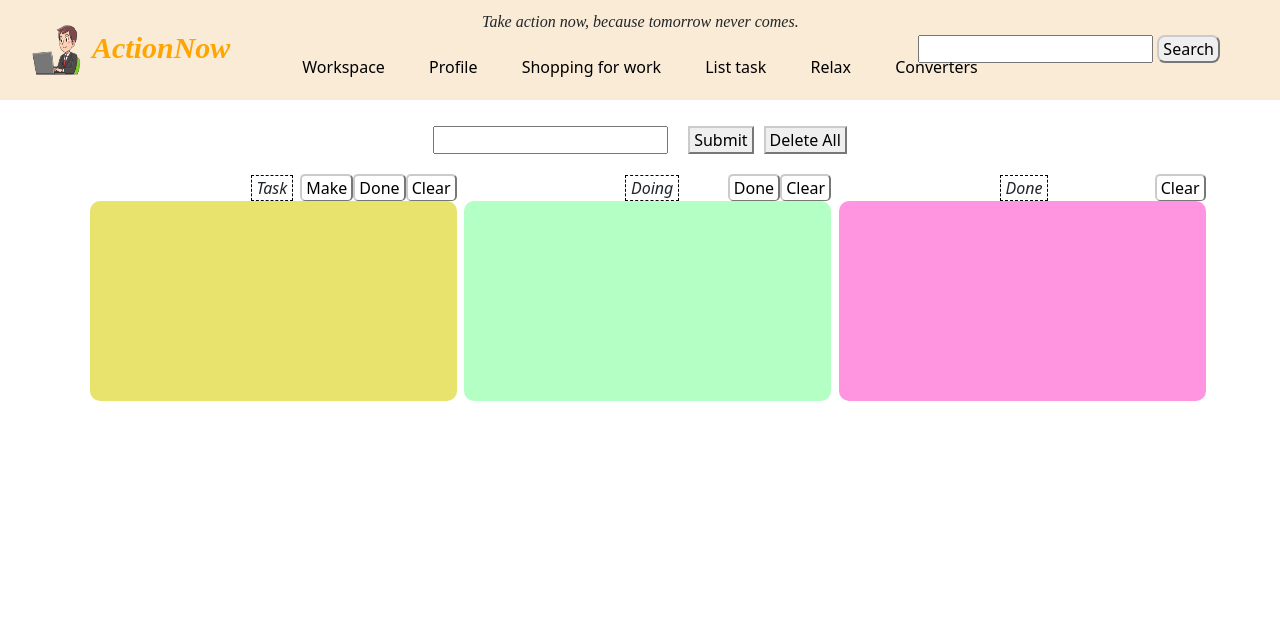
Repository: huavantinh/todo
Page: index.html
These files come from the project's save history. The page is drawn as it stood at one moment and after the next save; the edit follows.
The browser window is 1280 px wide. The pictures show the whole page.

Above is the page before, as saved 2023-04-18 16:50:40.

After the next save:
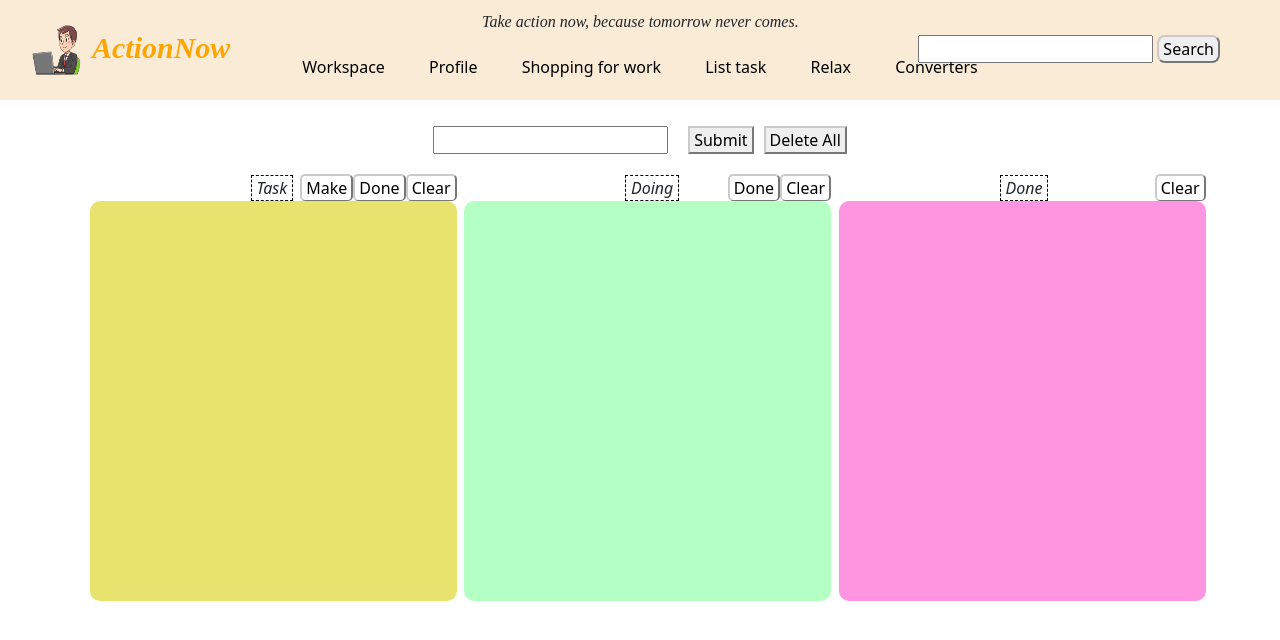
Saved 5 s later.
--- a/css/style.css
+++ b/css/style.css
@@ -204,7 +204,7 @@
         float: left;
         width: calc(1116px / 3 - 5px );
         height: auto;
-        min-height: 200px;
+        min-height: 400px;
         justify-content: center;
         background-color: rgb(231, 227, 108);
         border-radius: 10px;
